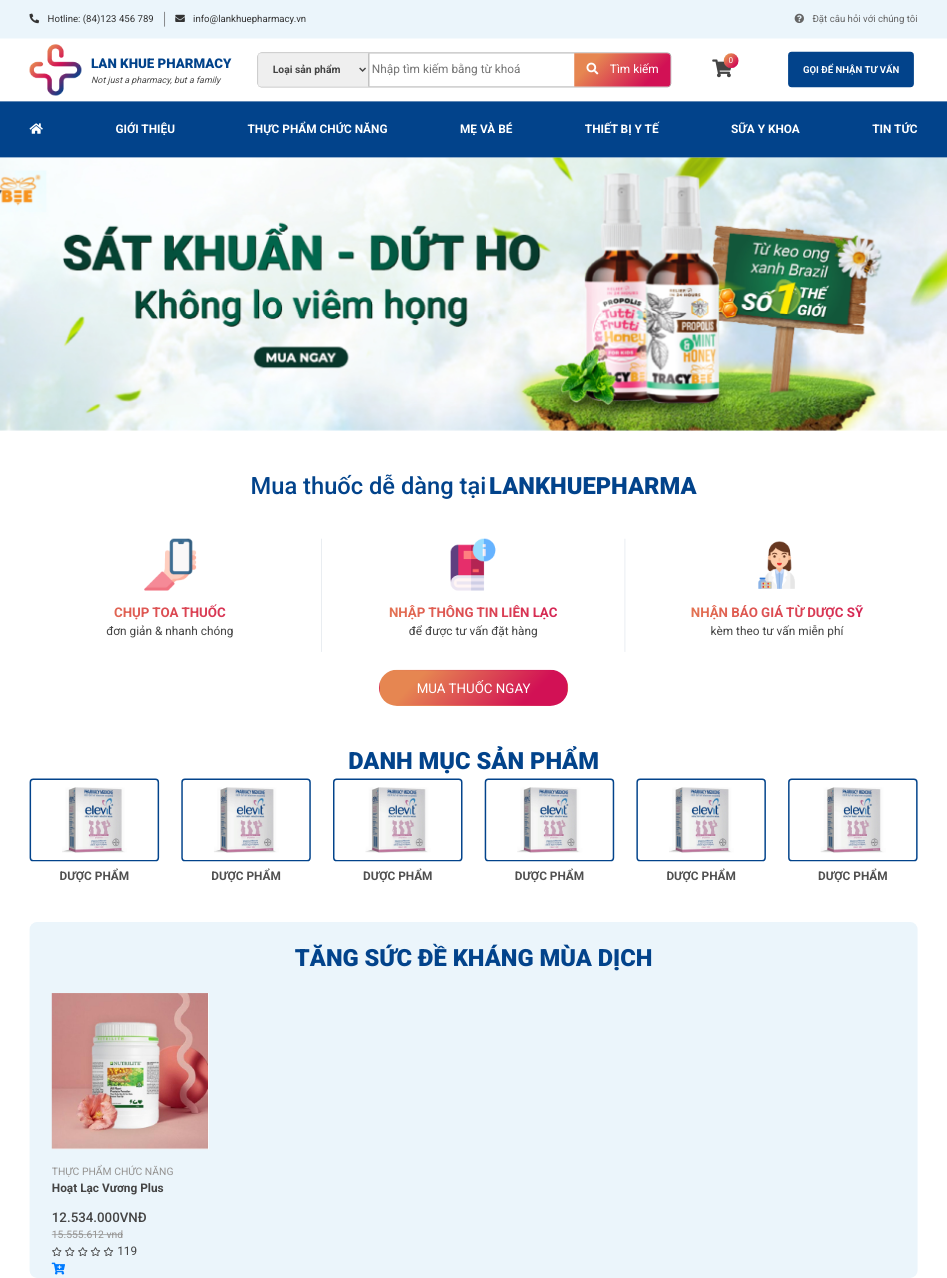
Repository: haianh12082001/Lan-khue
Page: index.html
An editor plug-in stored every save of this project. The page is shown before and after the next save, followed by the edit.
The browser window is 1280 px wide. The pictures show the whole page, at 74% of full size.
Some web libraries are served in a nearby version. The style sheet was rebuilt from its Sass, Less or Tailwind sources for each picture, by a compiler version that may differ from the author's.

Above is the page before, as saved 2021-12-18 15:44:17.

After the next save:
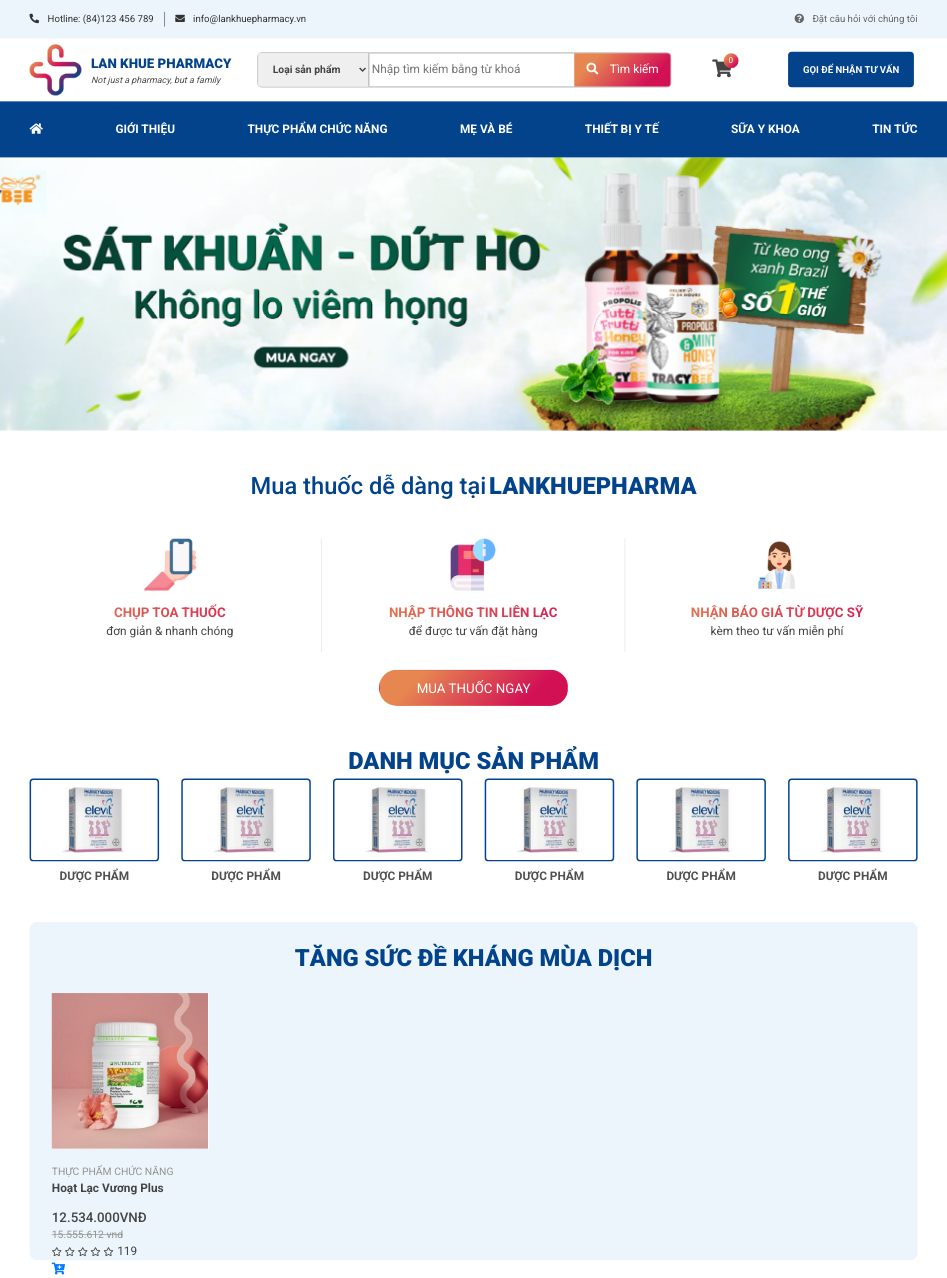
Saved 27 s later.
--- a/assets/sass/_body.scss
+++ b/assets/sass/_body.scss
@@ -100,6 +100,9 @@
     .out-stock {
         display: none;
     }
+    .add-cart {
+        position: absolute;
+    }
 }
 
 .evaluate-product {
